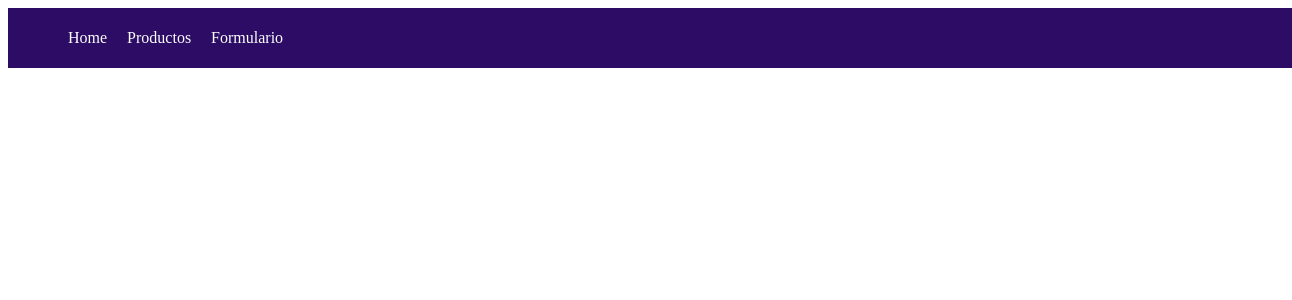
Repository: LadyJohana20/clases
Page: Clase-05-nodesass/public/pages/productos.html
An editor plug-in stored every save of this project. The page is shown before and after the next save, followed by the edit.
The browser window is 1280 px wide. The page is 1292 px wide, so the pictures cover 1292 px, including what lies to the right of the window. The pictures show the whole page.

Above is the page before, as saved 2026-01-27 20:46:21.
Console error: TypeError: Cannot read properties of null (reading 'appendChild')

After the next save:
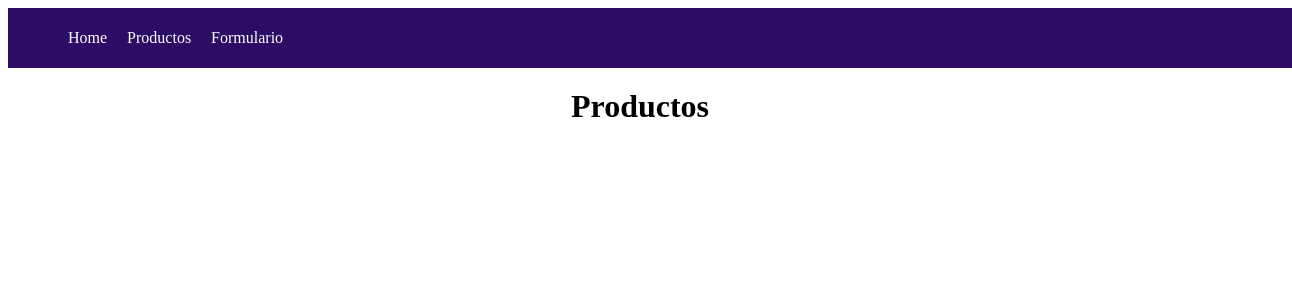
The error is gone.
Saved 19 s later.
--- a/Clase-05-nodesass/public/pages/productos.html
+++ b/Clase-05-nodesass/public/pages/productos.html
@@ -5,7 +5,7 @@
     <meta name="viewport" content="width=device-width, initial-scale=1.0">
     <title>Productos</title>
 </head>
-<body>
+<body id="body">
     <!-- 1. creamos una pagina completa solo con JS y el DOM -->
     <div id="principal">
 
